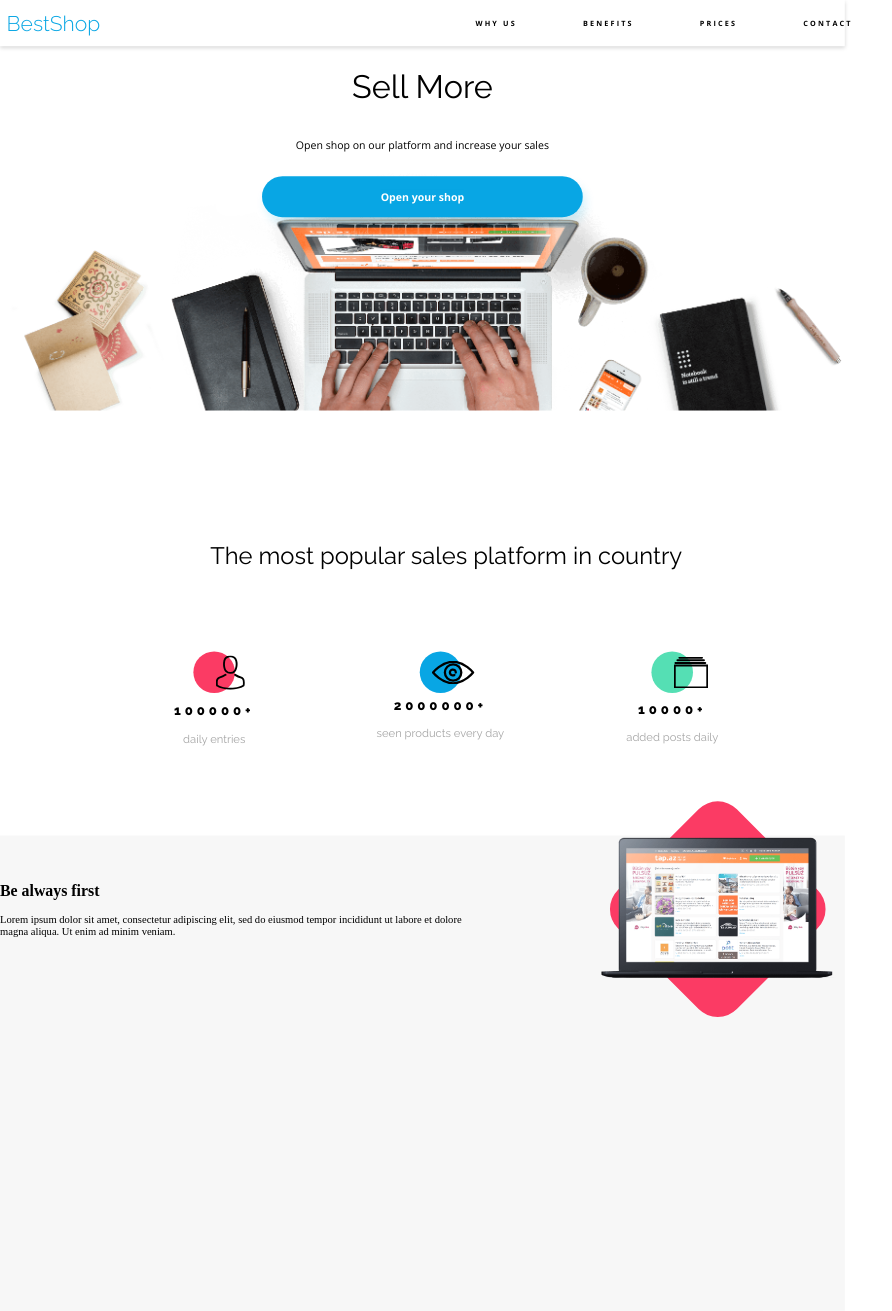
Repository: Widzisz/bestshop-website
Page: index.html
These files come from the project's save history. The page is drawn as it stood at one moment and after the next save; the edit follows.
The browser window is 1280 px wide. The page is 1352 px wide, so the pictures cover 1352 px, including what lies to the right of the window. The pictures show the whole page, at 66% of full size.

Above is the page before, as saved 2021-03-19 20:28:28.

After the next save:
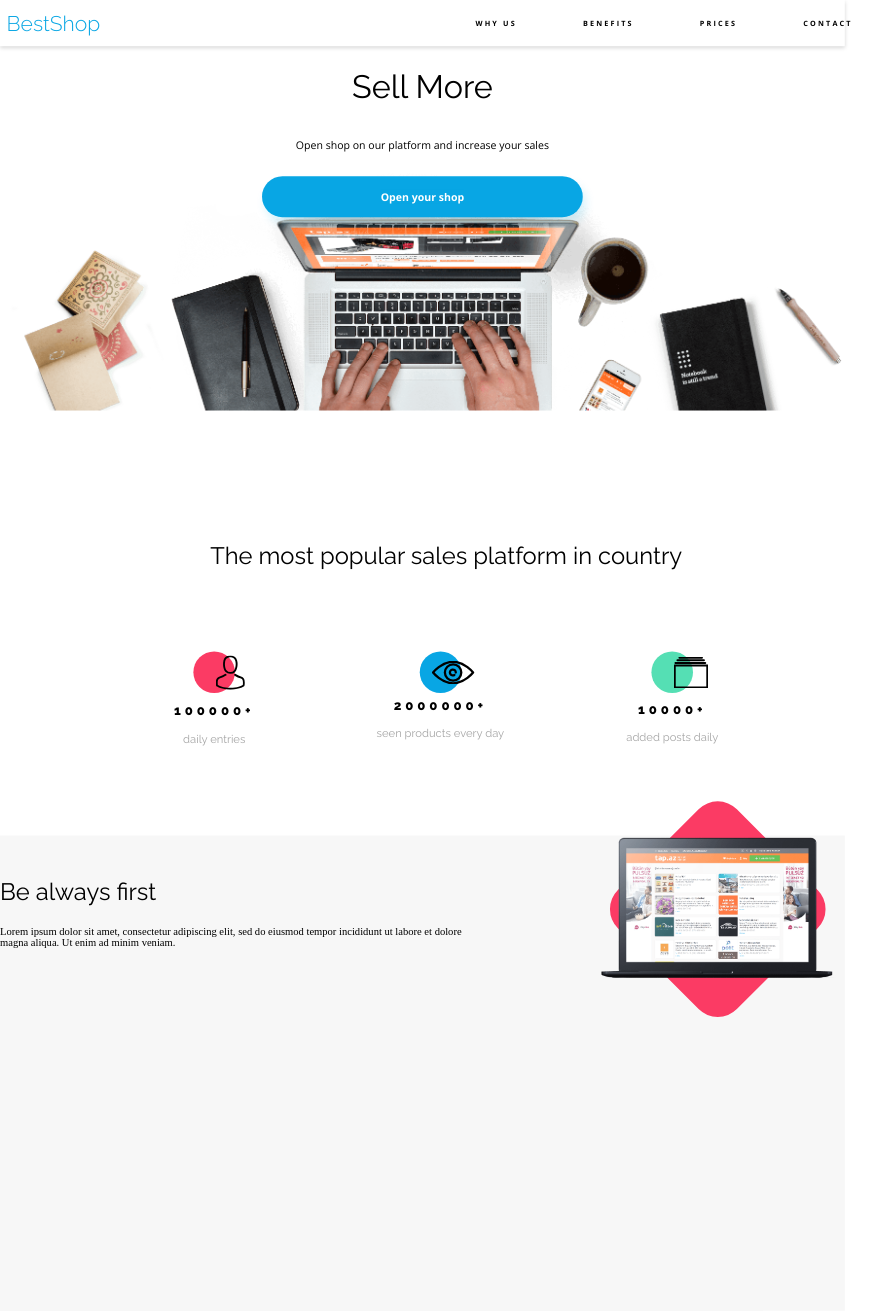
Saved 73 s later.
--- a/css/style.css
+++ b/css/style.css
@@ -259,7 +259,8 @@ body {
   height: 100%;
 }
 
-.container {}
+.container {
+}
 
 .promotion-1 {
   display: flex;
@@ -294,6 +295,11 @@ body {
 .text__rows {
 }
 .text__rows-title {
+  text-align: left;
+  font: normal normal normal 36px/42px var(--font-raleway);
+  letter-spacing: 0px;
+  color: var(--c-black);
+  opacity: 1;
 }
 .text__rows-text {
 }
